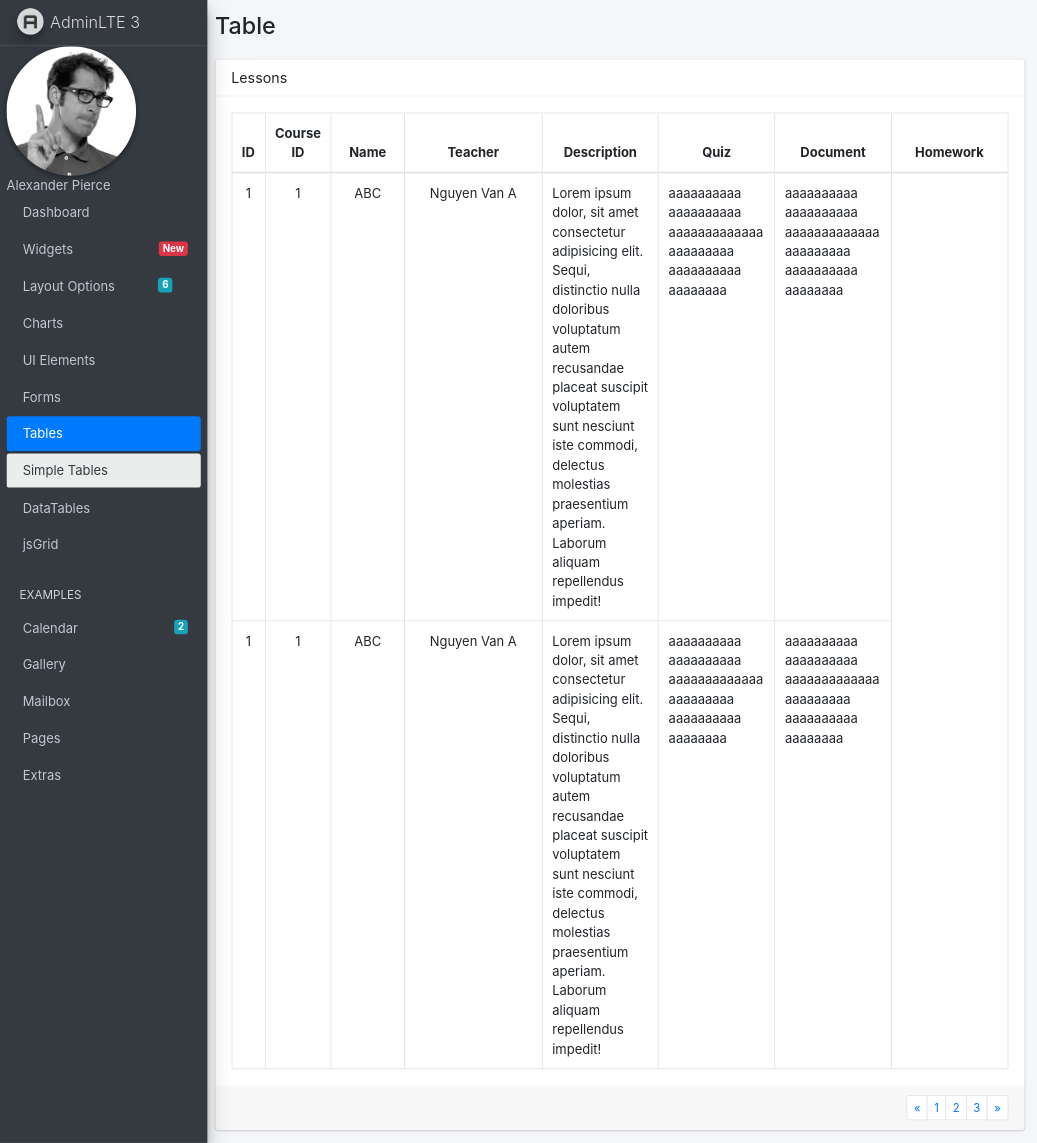
Repository: huyennvo/table
Page: http://localhost/table/lessons
An editor plug-in stored every save of this project. The page is shown before and after the next save, followed by the edit.
The browser window is 1280 px wide. The pictures show the whole page, at 81% of full size.
Some web fonts or font styles are not loaded; a fallback is used. The page is served by the project's Laravel application, run on PHP 8.4 with Laravel 8. Other server files are loaded and not shown.

Above is the page before, as saved 2022-08-11 20:18:09.

### routes/web.php
<?php

use Illuminate\Support\Facades\Route;

/*
|--------------------------------------------------------------------------
| Web Routes
|--------------------------------------------------------------------------
|
| Here is where you can register web routes for your application. These
| routes are loaded by the RouteServiceProvider within a group which
| contains the "web" middleware group. Now create something great!
|
*/

Route::get('/table', function () {
    return view('index');
});

Route::get('/table/courses', function () {
    return view('courses');
});

Route::get('/table/lessons', function () {
    return view('lessons');
});

### resources/views/lessons.blade.php
@extends('layouts.content-header')
@section('content-body')
    <!-- Main content -->

    <section class="content">
      <div class="container-fluid">
        <div class="row">
          <div class="col-md-12">
            <div class="card">
              <div class="card-header">
                <h3 class="card-title">Lessons</h3>
              </div>
              <!-- /.card-header -->
              <div class="card-body">
                <table class="table table-bordered" >
                  <thead>
                    <tr>
                      <th style="width: 10px">ID</th>
                      <th class="course-id" style="width: 10px">Course ID</th>
                      <th class="name">Name</th>
                      <th>Teacher</th>
                      <th style="width: 15%">Description</th>
                      <th style="width: 15%">Quiz</th>
                      <th style="width: 15%">Document</th>
                      <th style="width: 15%">Homework</th>
                    </tr>
                  </thead>
                  <tbody>
                    <tr>
                      <td style="text-align:center;">1</td>
                      <td class="course-id">1</td>
                      <td class="name">ABC</td>
                      <td style="text-align:center;">
                        Nguyen Van A
                      </td>
                      <td>Lorem ipsum dolor, sit amet consectetur adipisicing elit. Sequi, distinctio nulla doloribus voluptatum autem recusandae placeat suscipit voluptatem sunt nesciunt iste commodi, delectus molestias praesentium aperiam. Laborum aliquam repellendus impedit!</td>
                      <td>aaaaaaaaaa aaaaaaaaaa aaaaaaaaaaaaa aaaaaaaaa aaaaaaaaaa aaaaaaaa</td>
                      <td>aaaaaaaaaa aaaaaaaaaa aaaaaaaaaaaaa aaaaaaaaa aaaaaaaaaa aaaaaaaa</td>
                    </tr>
                    <tr>
                      <td style="text-align:center;">1</td>
                      <td class="course-id" >1</td>
                      <td class="name">ABC</td>
                      <td style="text-align:center;">
                        Nguyen Van A
                      </td>
                      <td>Lorem ipsum dolor, sit amet consectetur adipisicing elit. Sequi, distinctio nulla doloribus voluptatum autem recusandae placeat suscipit voluptatem sunt nesciunt iste commodi, delectus molestias praesentium aperiam. Laborum aliquam repellendus impedit!</td>
                      <td>aaaaaaaaaa aaaaaaaaaa aaaaaaaaaaaaa aaaaaaaaa aaaaaaaaaa aaaaaaaa</td>
                      <td>aaaaaaaaaa aaaaaaaaaa aaaaaaaaaaaaa aaaaaaaaa aaaaaaaaaa aaaaaaaa</td>
                    </tr>


                  </tbody>
                </table>
              </div>
              <!-- /.card-body -->
              <div class="card-footer clearfix">
                <ul class="pagination pagination-sm m-0 float-right">
                  <li class="page-item"><a class="page-link" href="#">&laquo;</a></li>
                  <li class="page-item"><a class="page-link" href="#">1</a></li>
                  <li class="page-item"><a class="page-link" href="#">2</a></li>
                  <li class="page-item"><a class="page-link" href="#">3</a></li>
                  <li class="page-item"><a class="page-link" href="#">&raquo;</a></li>
                </ul>
              </div>
            </div>

          </div>

        </div>


        <!-- /.row -->

        <!-- /.row -->
      </div><!-- /.container-fluid -->
    </section>
    <!-- /.content -->
@endsection

### resources/views/layouts/content-header.blade.php
@extends('layouts.menu')
@section('content-header')
    <section class="content-header">
      <div class="container-fluid">
        <div class="row mb-2">
          <div class="col-sm-6">
            <h1>Table</h1>
          </div>
        </div>
      </div><!-- /.container-fluid -->
    </section>
@endsection

### resources/views/layouts/index.blade.php
<!DOCTYPE html>
<html>
<head>
  <meta charset="utf-8">
  <meta http-equiv="X-UA-Compatible" content="IE=edge">
  <title>Table</title>
  <meta name="viewport" content="width=device-width, initial-scale=1">

  <link rel="stylesheet" href="{{asset('css/adminlte.min.css')}}">
  <link rel="stylesheet" href="{{asset('css/style.css')}}">
  <!-- Google Font: Source Sans Pro -->
  <link href="https://fonts.googleapis.com/css?family=Source+Sans+Pro:300,400,400i,700" rel="stylesheet">
</head>
<body class="hold-transition sidebar-mini">
<div class="wrapper">
@yield('menu')

<div class="content-wrapper">

@yield('content-header')

@yield('content-body')

</div>


  <!-- /.content-wrapper -->
  <!-- /.control-sidebar -->
</div>

</body>
</html>

### public/css/style.css
th {
    text-align: center;
}

.course-id {
    text-align: center;
}

.name {
    text-align: center;
}

#menu {
    background-color: #343A40;
    width: 20vw;
    /* height: 100% !important; */
    overflow: auto;
}

Loaded but not shown: public/css/adminlte.min.css (library); resources/views/layouts/menu.blade.php (477 lines, source omitted)

After the next save:
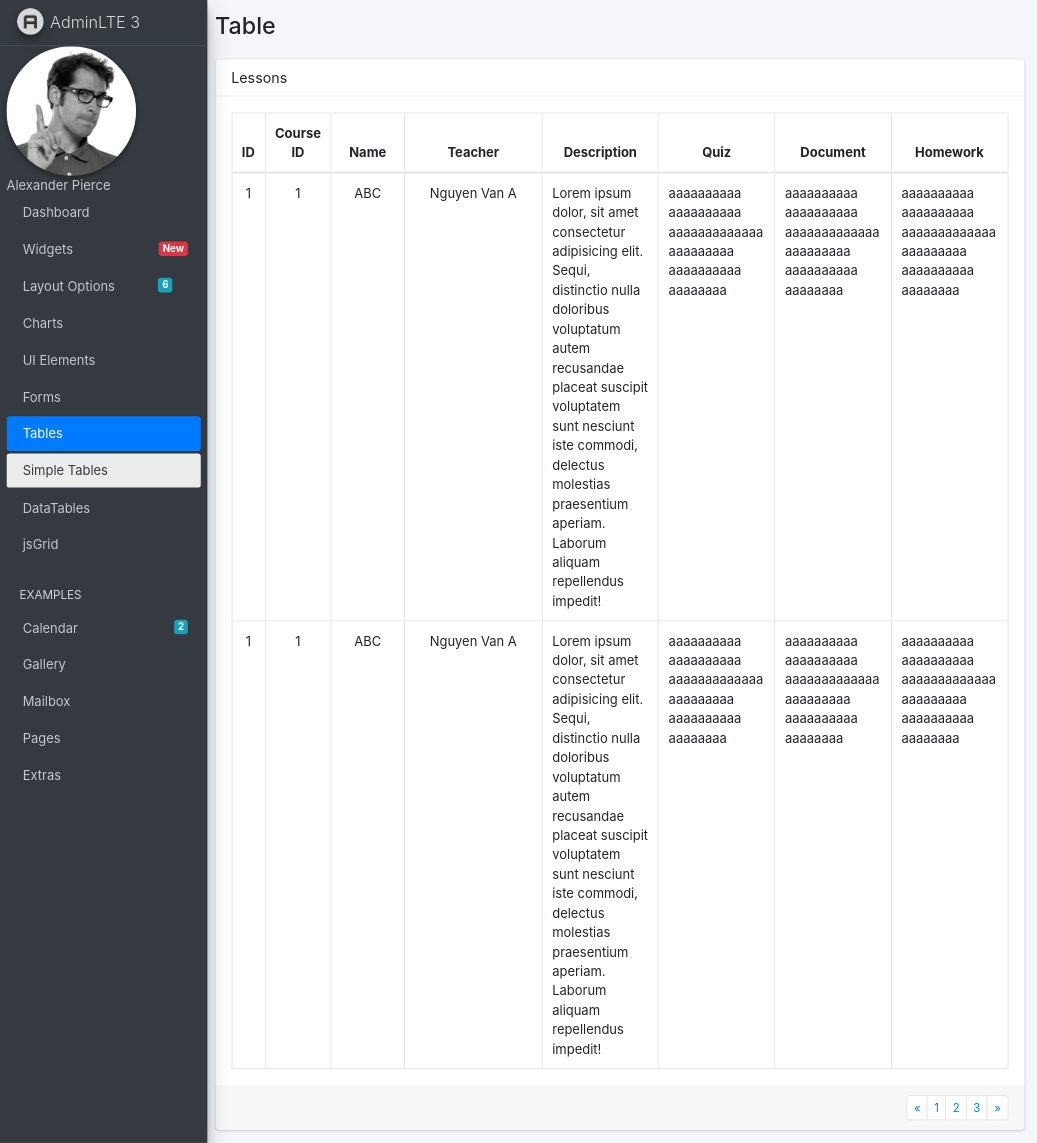
Saved 64 s later.
--- a/resources/views/lessons.blade.php
+++ b/resources/views/lessons.blade.php
@@ -36,6 +36,7 @@
                       <td>Lorem ipsum dolor, sit amet consectetur adipisicing elit. Sequi, distinctio nulla doloribus voluptatum autem recusandae placeat suscipit voluptatem sunt nesciunt iste commodi, delectus molestias praesentium aperiam. Laborum aliquam repellendus impedit!</td>
                       <td>aaaaaaaaaa aaaaaaaaaa aaaaaaaaaaaaa aaaaaaaaa aaaaaaaaaa aaaaaaaa</td>
                       <td>aaaaaaaaaa aaaaaaaaaa aaaaaaaaaaaaa aaaaaaaaa aaaaaaaaaa aaaaaaaa</td>
+                      <td>aaaaaaaaaa aaaaaaaaaa aaaaaaaaaaaaa aaaaaaaaa aaaaaaaaaa aaaaaaaa</td>
                     </tr>
                     <tr>
                       <td style="text-align:center;">1</td>
@@ -45,6 +46,7 @@
                         Nguyen Van A
                       </td>
                       <td>Lorem ipsum dolor, sit amet consectetur adipisicing elit. Sequi, distinctio nulla doloribus voluptatum autem recusandae placeat suscipit voluptatem sunt nesciunt iste commodi, delectus molestias praesentium aperiam. Laborum aliquam repellendus impedit!</td>
+                      <td>aaaaaaaaaa aaaaaaaaaa aaaaaaaaaaaaa aaaaaaaaa aaaaaaaaaa aaaaaaaa</td>
                       <td>aaaaaaaaaa aaaaaaaaaa aaaaaaaaaaaaa aaaaaaaaa aaaaaaaaaa aaaaaaaa</td>
                       <td>aaaaaaaaaa aaaaaaaaaa aaaaaaaaaaaaa aaaaaaaaa aaaaaaaaaa aaaaaaaa</td>
                     </tr>
